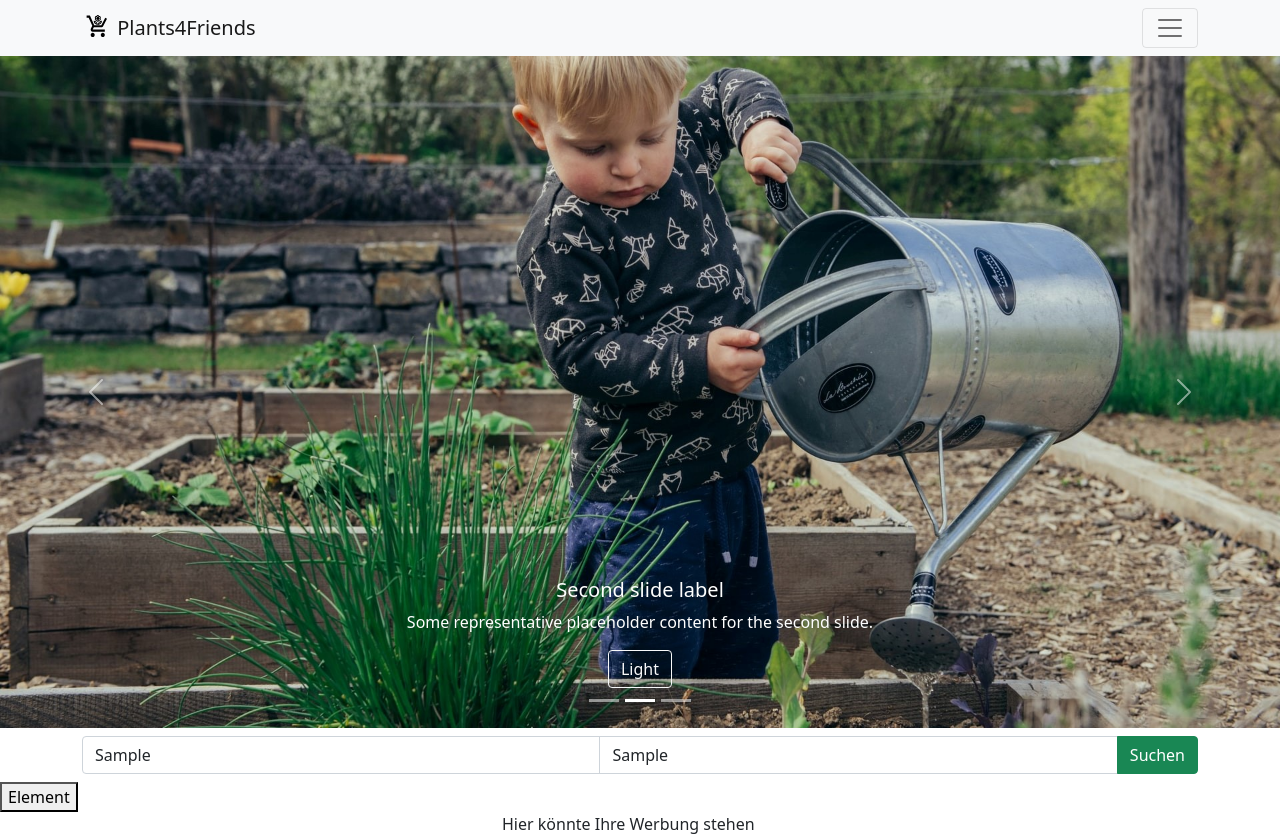
Repository: Carlson43/PlantsForFriends
Page: Website/index.html
An editor plug-in stored every save of this project. The page is shown before and after the next save, followed by the edit.
The browser window is 1280 px wide. The pictures show the whole page.
Empty fields were first filled with sample values (such as "Sample", 5 or name@example.com).
After loading, the first visible `button[onclick="addElement();"]` was clicked once.

Above is the page before, as saved 2022-01-03 21:51:52.

### Website/index.html
<!doctype html>
<html lang="en">
  <head>
      <!-- Required meta tags -->
      <meta charset="utf-8">
      <meta name="viewport" content="width=device-width, initial-scale=1">

      <!-- Referencing Backend -->
      <script src="https://code.jquery.com/jquery-3.6.0.js"> </script>
      <script src="./Backend.js"> </script>

      <!-- Bootstrap CSS -->
      <link href="https://cdn.jsdelivr.net/npm/bootstrap@5.1.3/dist/css/bootstrap.min.css" rel="stylesheet" integrity="sha384-1BmE4kWBq78iYhFldvKuhfTAU6auU8tT94WrHftjDbrCEXSU1oBoqyl2QvZ6jIW3" crossorigin="anonymous">

      <!-- Custom Carousel CSS -->
      <style>
        .img-responsive {
        max-width: 100%; /* or to whatever you want here */
        max-height: auto; /* or to whatever you want here */
      }
      </style>

    <title>Welcome @ Plants4Friends</title>
  </head>

  <body>
    <!-- Navbar -->
    <nav class="navbar navbar-light bg-light">
        <div class="container fluid">
            <!-- Navabr Logo and Brandname -->
            <a class="navbar-brand" href="#">
                <img src="./Design-Ressourcen/logo.svg" alt="" width="30" height="24" class="d-inline-block align-text-top">
                Plants4Friends
            </a>
            <!-- Toggler for Expandsion -->
            <button class="navbar-toggler" type="button" data-bs-toggle="collapse" data-bs-target="#navbarNav" aria-controls="navbarNav" aria-expanded="false" aria-label="Toggle navigation">
                <span class="navbar-toggler-icon"></span>
            </button>
            <!-- Navigation Links -->
            <div class="collapse navbar-collapse" id="navbarNav">
                <div class="navbar-nav">
                    <a class="nav-link active" aria-current="page" href="#">Home</a>
                    <a class="nav-link" href="./create.html">Anzeige erstellen</a>
                    <a class="nav-link" href="./map.html">Karte</a>
                    <a class="nav-link disabled">Disabled</a>
                </div>
            </div>
        </div>
    </nav>

    <!-- Carousel -->
    <div id="carouselExampleCaptions" class="carousel slide" data-bs-ride="carousel">
        <div class="carousel-indicators">
          <button type="button" data-bs-target="#carouselExampleCaptions" data-bs-slide-to="0" class="active" aria-current="true" aria-label="Slide 1"></button>
          <button type="button" data-bs-target="#carouselExampleCaptions" data-bs-slide-to="1" aria-label="Slide 2"></button>
          <button type="button" data-bs-target="#carouselExampleCaptions" data-bs-slide-to="2" aria-label="Slide 3"></button>
        </div>
        <div class="carousel-inner">
          <div class="carousel-item active">
            <img src="./Design-Ressourcen/Bilder/carousel02-cut.jpg" class="img-responsive" alt="...">
            <div class="carousel-caption d-none d-sm-block">
                <h5>First slide label</h5>
                <p>Some representative placeholder content for the first slide.</p>
                <button type="button" class="btn btn-primary">Primary</button>
            </div>
          </div>
          <div class="carousel-item">
            <img src="./Design-Ressourcen/Bilder/carousel03-cut.jpg" class="d-block w-100" alt="...">
            <div class="carousel-caption d-none d-sm-block">
                <h5>Second slide label</h5>
                <p>Some representative placeholder content for the second slide.</p>
                <button type="button" class="btn btn-outline-light">Light</button>
            </div>
          </div>
          <div class="carousel-item">
            <img src="./Design-Ressourcen/Bilder/carousel04-cut.jpg" class="d-block w-100" alt="...">
            <div class="carousel-caption d-none d-sm-block">
                <h5>Third slide label</h5>
                <p>Some representative placeholder content for the third slide.</p>
                <button type="button" class="btn btn-light">Light</button>
            </div>
          </div>
        </div>
        <button class="carousel-control-prev" type="button" data-bs-target="#carouselExampleCaptions" data-bs-slide="prev">
          <span class="carousel-control-prev-icon" aria-hidden="true"></span>
          <span class="visually-hidden">Previous</span>
        </button>
        <button class="carousel-control-next" type="button" data-bs-target="#carouselExampleCaptions" data-bs-slide="next">
          <span class="carousel-control-next-icon" aria-hidden="true"></span>
          <span class="visually-hidden">Next</span>
        </button>
    </div>

    <div>
      <h4></h4>
    </div>

    <!-- Input / Search Group -->
      <div class="container-md">
        <div class="input-group">
          <input type="text" placeholder="Suchbegriff eingeben" aria-label="search_term" id="search_term" class="form-control">
          <input type="text" placeholder="Ort" aria-label="search_loc" id="search_loc" class="form-control">
          <button onclick= "search_and_display();" class="btn btn-success" type="button" id="search_btn">Suchen</button>
        </div>
    </div>

    <div>
      <h1></h1>
    </div>

    <!-- Container Layout Demo -->
    <!-- <div class="container-md">
        <div class="row">
          <div class="col"> -->
                <!-- Card Anzeige -->
                <!-- <div class="card" style="width: 18rem;">
                    <img src="./Design-Ressourcen/Bilder/carrots.jpg" class="card-img-top" alt="...">
                    <div class="card-body">
                    <h5 class="card-title">Card title</h5>
                    <h6 class="card-subtitle mb-2 text-muted">Card subtitle</h6>
                    <ul class="list-group list-group-flush">
                      <li class="list-group-item">Adress</li>
                      <li class="list-group-item">Cost / Pricing</li>
                    </ul>
                    <p class="card-text">Some quick example text to build on the card title and make up the bulk of the card's content.</p>
                    <a href="#" class="btn btn-primary">Go somewhere</a>
                    </div>
                </div>
          </div>
          <div class="col"> -->
            <!-- Card Anzeige -->
            <!-- <div class="card" style="width: 18rem;">
                <img src="./Design-Ressourcen/Bilder/hand-saplings.jpg" class="card-img-top" alt="...">
                <div class="card-body">
                <h5 class="card-title" id="heading1">Card title</h5>
                <ul class="list-group list-group-flush">
                  <li class="list-group-item">Adress</li>
                  <li class="list-group-item">Cost / Pricing</li>
                </ul>
                <p class="card-text">Some quick example text to build on the card title and make up the bulk of the card's content.</p>
                <a href="#" class="btn btn-primary">Go somewhere</a>
                </div>
            </div>
          </div>
          <div class="col"> -->
            <!-- Card Anzeige -->
            <!-- <div class="card" style="width: 18rem;">
                <img src="./Design-Ressourcen/Bilder/mangold.jpg" class="card-img-top" alt="...">
                <div class="card-body">
                <h5 class="card-title">Card title</h5>
                <h6 class="card-subtitle mb-2 text-muted">Card subtitle</h6>
                <p class="card-text">Some quick example text to build on the card title and make up the bulk of the card's content.</p>
                <a href="#" class="btn btn-primary">Go somewhere</a>
                </div>
            </div>
          </div>
        </div>
    </div> -->

    <div>
      <button onclick="addElement();"> Element</button>
    </div>


    <!--Bootstrap JS-->
    <script src="https://cdn.jsdelivr.net/npm/bootstrap@5.1.3/dist/js/bootstrap.bundle.min.js" integrity="sha384-ka7Sk0Gln4gmtz2MlQnikT1wXgYsOg+OMhuP+IlRH9sENBO0LRn5q+8nbTov4+1p" crossorigin="anonymous"></script>

  </body>

<script>

</script>

</html>

### Website/Backend.js
function add()
{
    var jsonstring=  '{"Pflanze":"'+$("#jsonstring").val()+'"}';
    console.log("add"+ jsonstring);
    $.get("https://webtechlecture.appspot.com/cloudstore/add?owner=s201655&token=dMinmYeldeDsBbu0iiEIPGTPws0_&jsonstring="+encodeURI(jsonstring),function(response)
    {
    console.log(response);
    });
}

function listAllData()
{
    var jsonstring=$("#jsonstring").val();
    console.log("Hi!");
    $.get("https://webtechlecture.appspot.com/cloudstore/listobjects?owner=s201655&token=dMinmYeldeDsBbu0iiEIPGTPws0_",function(response)
    {
    console.log(response);
    });
}

function del()
{
    var jsonstring=$("#jsonstring").val();
    console.log("Del");
    $.get("https://webtechlecture.appspot.com/cloudstore/del?owner=s201655&token=dMinmYeldeDsBbu0iiEIPGTPws0_&key=1640178157404",function(response)
    {
    console.log(response);
    });
}

function addAll()
{

    var jsonstring=

    '{"Titel":"'+$("#Ad_heading").val()+'",'+
    '"Pflanzenart":"'+$("#Ad_species").val()+'",'+
    '"Beschreibung":"'+$("#Ad_description").val()+'",'+
    '"Email":"'+$("#Ad_email").val()+

    '"}';
    console.log("add"+ jsonstring);
    $.get("https://webtechlecture.appspot.com/cloudstore/add?owner=s201655&token=dMinmYeldeDsBbu0iiEIPGTPws0_&jsonstring="+encodeURI(jsonstring),function(response)
    {
    console.log(response);
    });
}

function spec()
{
    var specvar =
    $.get('https://webtechlecture.appspot.com/cloudstore/ ?owner=s201655&token=dMinmYeldeDsBbu0iiEIPGTPws0_&jsonstring={"Pflanzen":"Lillie"}',function(response)
    {
    console.log(response);
    });
}

function search()
{
    var nam = String($("#search_term").val())
    var dat = []
    var data = []
    $.get("https://webtechlecture.appspot.com/cloudstore/listobjects?owner=s201655&token=dMinmYeldeDsBbu0iiEIPGTPws0_",function(response)
    {
        for (var i = 0; i < response.length; i++)
        data.push(response[i]);

        for (var i = 0; i < data.length; i++)
        {
            if (data[i].jsonstring.Pflanze == nam)
            {
                // console.log(data[i].jsonstring);
                dat.push(data[i].jsonstring);
            }

            else if(data[i].jsonstring.Name == nam)
            {
                // console.log(data[i].jsonstring);
                dat.push(data[i].jsonstring);
            }

            else if(data[i].jsonstring.Nachname == nam)
            {
                // console.log(data[i].jsonstring);
                dat.push(data[i].jsonstring);
            }

            else if(data[i].jsonstring.Straße == nam)
            {
                // console.log(data[i].jsonstring);
                dat.push(data[i].jsonstring);
            }
            else if(data[i].jsonstring.Titel == nam)
            {
                // console.log(data[i].jsonstring);
                dat.push(data[i].jsonstring);
            }
        };
    });
};

function search_and_display()
{
    var nam = String($("#search_term").val())
    var dat = []
    var data = []
    $.get("https://webtechlecture.appspot.com/cloudstore/listobjects?owner=s201655&token=dMinmYeldeDsBbu0iiEIPGTPws0_",function(response)
    {
        for (var i = 0; i < response.length; i++)
        data.push(response[i]);

        for (var i = 0; i < data.length; i++)
        {
            if (data[i].jsonstring.Pflanzenart == nam
                ||data[i].jsonstring.Email == nam
                ||data[i].jsonstring.Beschreibung == nam
                ||data[i].jsonstring.Titel == nam)
            {
                dat.push(data[i].jsonstring);
                var heading1 = document.getElementById("heading1");
                heading1.firstChild.nodeValue = dat[0].Titel;

            }

        };
    });
}

function addElement(){

    var btn = document.createElement("div");
    btn.setAttribute("id", "Test11");
    btn.className = 'container-md';
    btn.innerHTML = "CLICK ME";
    document.body.appendChild(btn);
    document.getElementById("Test11").style.width = "300px";
    document.getElementById("Test11").style.length = "300px";
    document.getElementById("Test11").src= "./Design-Ressourcen/Bilder/hand-saplings.jpg";

    var heading1 = document.getElementById("Test11");
    heading1.firstChild.nodeValue = "Hallo";
    var heading2 = document.getElementById("Test11");
    heading2.firstChild.nodeValue = "Hier könnte Ihre Werbung stehen";

}

After the next save:
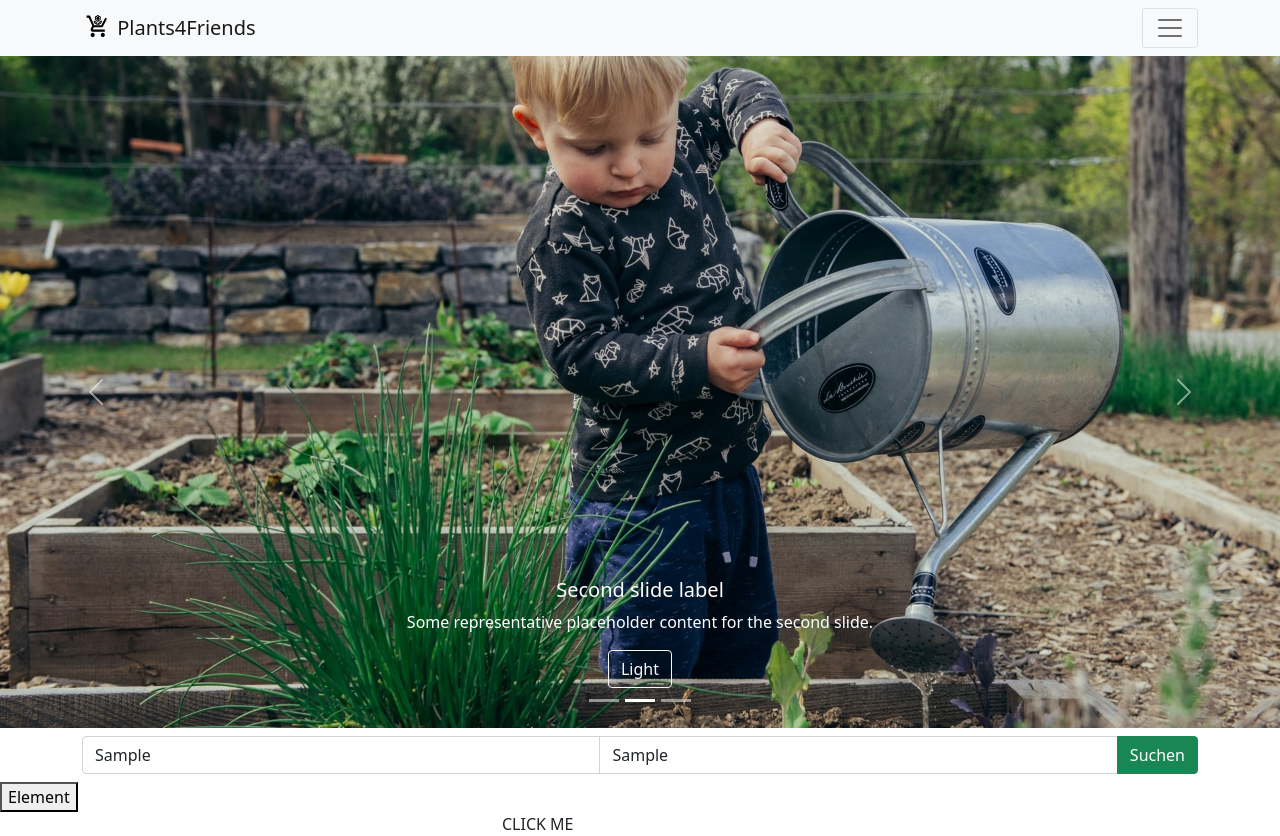
Console error: TypeError: Cannot set properties of null (setting 'innerHTML')
Saved 3 min 52 s later.
--- a/Website/Backend.js
+++ b/Website/Backend.js
@@ -137,9 +137,16 @@
     document.getElementById("Test11").style.length = "300px";
     document.getElementById("Test11").src= "./Design-Ressourcen/Bilder/hand-saplings.jpg";
 
-    var heading1 = document.getElementById("Test11");
-    heading1.firstChild.nodeValue = "Hallo";
-    var heading2 = document.getElementById("Test11");
-    heading2.firstChild.nodeValue = "Hier könnte Ihre Werbung stehen";
+    // var heading1 = document.getElementById("Test11");
+    // heading1.firstChild.nodeValue = "Hallo";
+    // var heading2 = document.getElementById("Test11");
+    // heading2.firstChild.nodeValue = "Hier könnte Ihre Werbung stehen";
+
+    var x = document.getElementById("Test11").firstChild;
+    var txt = "";
+    txt += "The node name: " + x.nodeName + "<br>";
+    txt += "The node value: " + x.nodeValue + "<br>";
+    txt += "The node type: " + x.nodeType;
+    document.getElementById("demo").innerHTML = txt;
 
 }

After the save that followed:
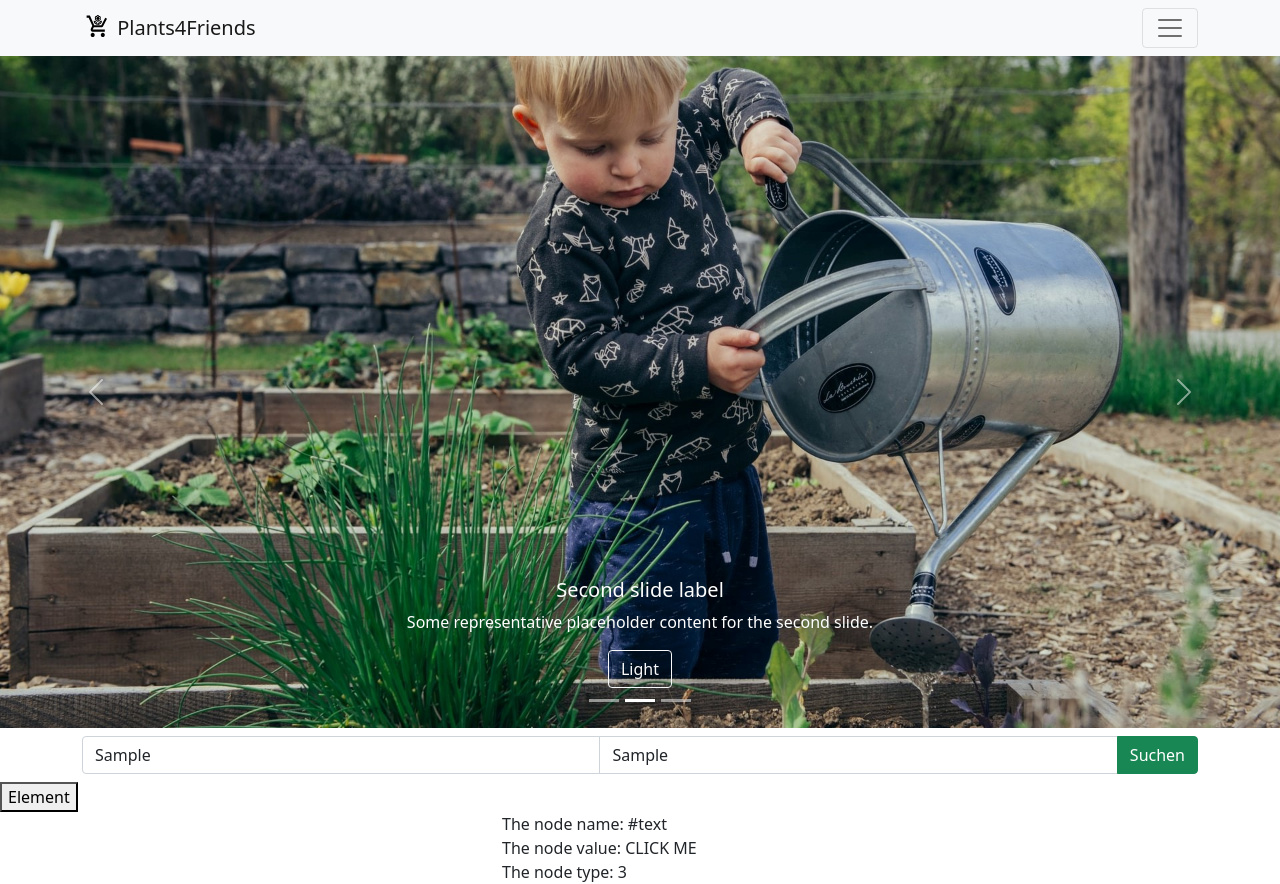
The error is gone.
Saved 34 s later.
--- a/Website/Backend.js
+++ b/Website/Backend.js
@@ -147,6 +147,6 @@
     txt += "The node name: " + x.nodeName + "<br>";
     txt += "The node value: " + x.nodeValue + "<br>";
     txt += "The node type: " + x.nodeType;
-    document.getElementById("demo").innerHTML = txt;
+    document.getElementById("Test11").innerHTML = txt;
 
 }
